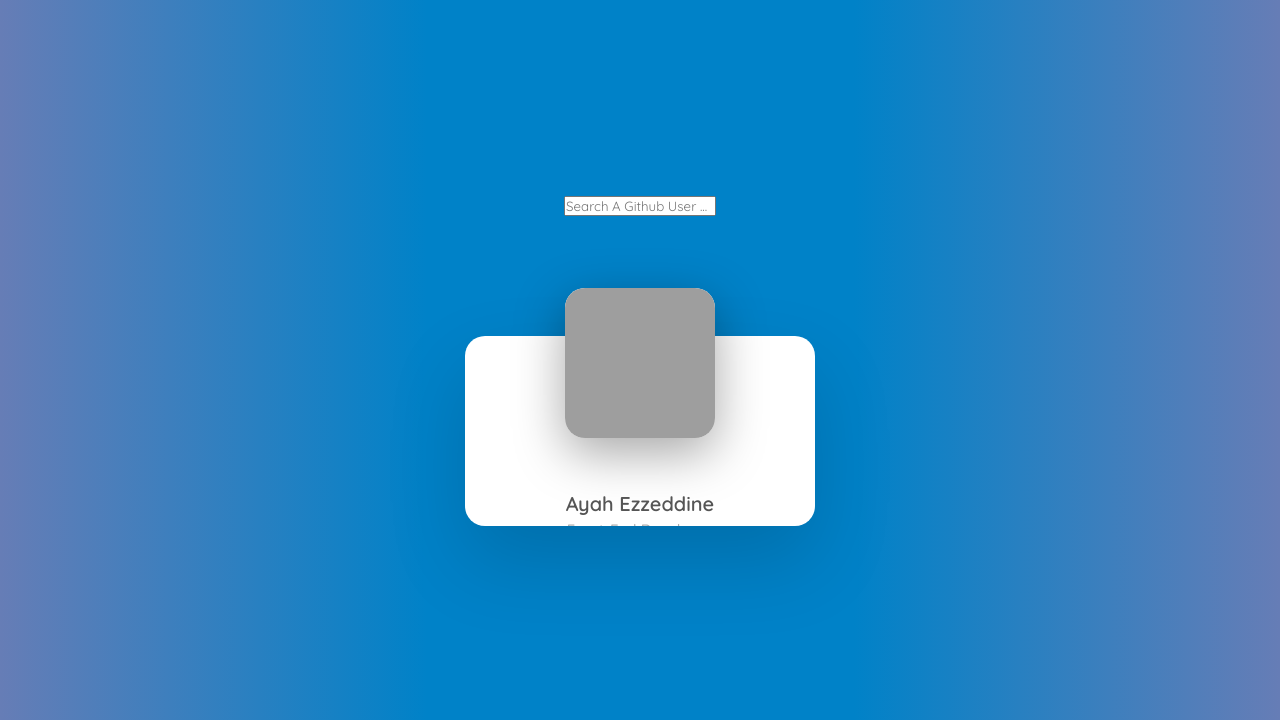
Repository: ayah1996/Github-Profiles
Page: index.html
The author's editor kept a copy of each file at every save. The page is drawn from the files as they stood at one save, then again after the next save.
The browser window is 1280 px wide. The pictures show the whole page.
Pictures or frames that could not be fetched are drawn as grey boxes. The page's requests for data from a server got no answer.

Above is the page before, as saved 2023-01-26 14:37:48.

### index.html
<!DOCTYPE html>
<html lang="en">
  <head>
    <meta charset="UTF-8" />
    <meta http-equiv="X-UA-Compatible" content="IE=edge" />
    <meta name="viewport" content="width=device-width, initial-scale=1.0" />
    <link rel="stylesheet" href="style.css" />
    <script src="script.js" defer></script>
    <title>Github Profile</title>
  </head>
  <body>
    <main id="main">
      <form id="form">
        <input type="text" id="search" placeholder="Search A Github User ..." />
      </form>
      <div class="card">
        <div class="imgBox">
          <img src="unnamed.jpg" alt="profile Image" />
        </div>
        <div class="content">
          <div class="details">
            <h2>Ayah Ezzeddine <br /><span> Front-End Developer </span></h2>
            <div class="data">
              <h3>342<br /><span>Followers</span></h3>
              <h3>342<br /><span>Following</span></h3>
              <h3>100<br /><span>Repos</span></h3>
            </div>
          </div>
        </div>
      </div>
    </main>
  </body>
</html>

### style.css
@import url("https://fonts.googleapis.com/css2?family=Quicksand:wght@400;500;600;700&display=swap");

* {
  margin: 0;
  padding: 0;
  box-sizing: border-box;
  font-family: "Quicksand", sans-serif;
}

body {
  margin: 0;
}

#main {
  display: flex;
  justify-content: center;
  flex-direction: column;
  align-items: center;
  min-height: 100vh;
  background: #667db6; /* fallback for old browsers */ /* Chrome 10-25, Safari 5.1-6 */
  background: linear-gradient(
    to right,
    #667db6,
    #0082c8,
    #0082c8,
    #667db6
  ); /* W3C, IE 10+/ Edge, Firefox 16+, Chrome 26+, Opera 12+, Safari 7+ */
}
#form {
  margin-bottom: 120px;
}

.card {
  position: relative;
  width: 350px;
  height: 190px;
  /* height: 450px; */
  background-color: #fff;
  border-radius: 20px;
  box-shadow: 0 35px 80px rgba(0, 0, 0, 0.15);
  transition: 0.5s;
}

.card:hover {
  height: 450px;
}

.imgBox {
  position: absolute;
  left: 50%;
  top: -25%;
  transform: translateX(-50%);
  width: 150px;
  height: 150px;
  background-color: #fff;
  border-radius: 20px;
  box-shadow: 0 15px 50px rgba(0, 0, 0, 0.35);
  overflow: hidden;
  transition: 0.5s;
}
.card:hover .imgBox {
  width: 250px;
  height: 250px;
}
.imgBox img {
  position: absolute;
  top: 0;
  left: 0;
  width: 100%;
  height: 100%;
  -o-object-fit: cover;
  object-fit: cover;
}

.card .content {
  position: absolute;
  width: 100%;
  height: 100%;
  display: flex;
  justify-content: center;
  align-items: flex-end;
  overflow: hidden;
}

.card .details {
  width: 100%;
  padding: 40px;
  text-align: center;
  transition: 0.5s;
  transform: translateY(135px);
}

.card:hover .details {
  transform: translateY(0px);
}
.card .details h2 {
  font-size: 1.25em;
  font-weight: 600;
  color: #555;
  line-height: 1.2em;
}

.card .details h2 span {
  font-size: 0.75em;
  font-weight: 500;
  opacity: 0.5;
}

.card .details .data {
  display: flex;
  justify-content: space-between;
  margin: 20px 0;
}

.card .details .data h3 {
  font-size: 1em;
  color: #555;
  line-height: 1.2em;
  font-weight: 600;
}
.card .details .data h3 span {
  font-size: 0.85em;
  font-weight: 400;
  opacity: 0.5;
}

### script.js
const APIURL = "https://api.github.com/users/";

const main = document.getElementById("main");
const form = document.getElementById("form");
const search = document.getElementById("search");

getUser("ayah1996");

async function getUser(username) {
  const response = await fetch(APIURL + username);
  const data = await response.json();

  createUserCard(data);
  getRepos(username);
}

async function getRepos(username) {
  const response = await fetch(APIURL + username + "/repos");
  const data = await response.json();

  addReposToCard(data);
}

function createUserCard(user) {
  const cardHTML = ``;
}

After the next save:
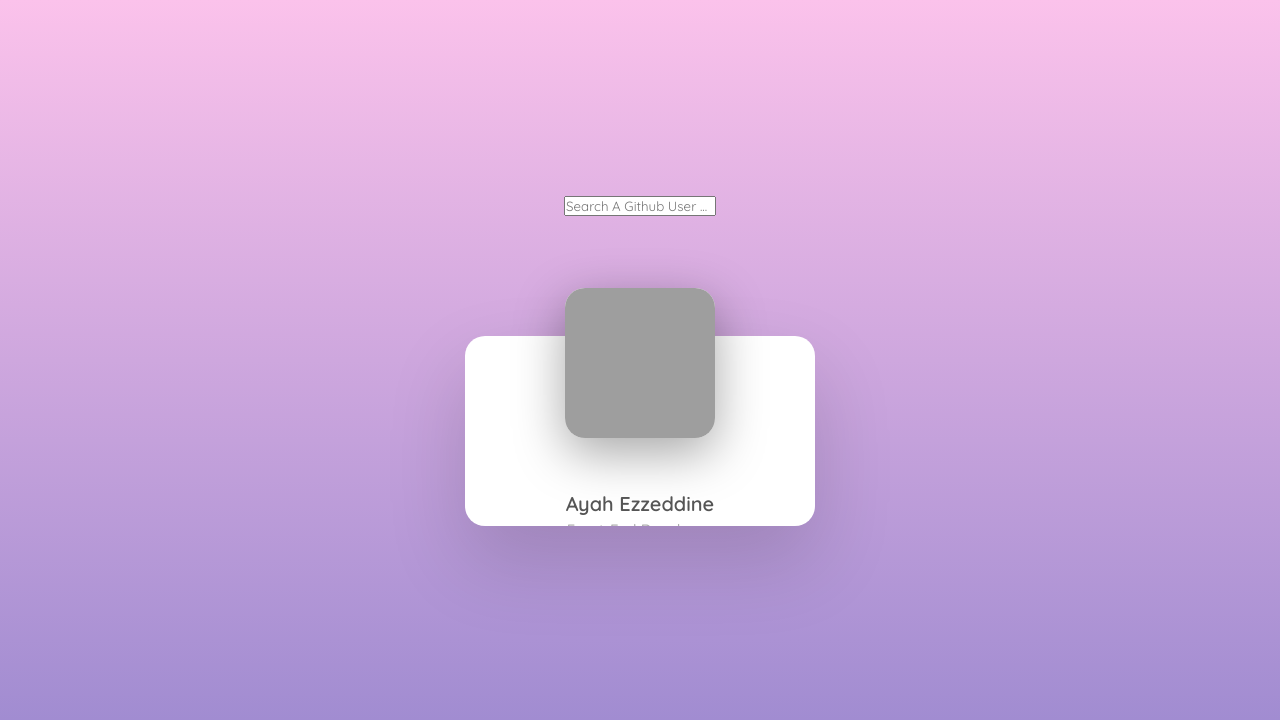
Saved 86 s later.
--- a/style.css
+++ b/style.css
@@ -17,14 +17,7 @@ body {
   flex-direction: column;
   align-items: center;
   min-height: 100vh;
-  background: #667db6; /* fallback for old browsers */ /* Chrome 10-25, Safari 5.1-6 */
-  background: linear-gradient(
-    to right,
-    #667db6,
-    #0082c8,
-    #0082c8,
-    #667db6
-  ); /* W3C, IE 10+/ Edge, Firefox 16+, Chrome 26+, Opera 12+, Safari 7+ */
+  background-image: linear-gradient(to top, #a18cd1 0%, #fbc2eb 100%);
 }
 #form {
   margin-bottom: 120px;
